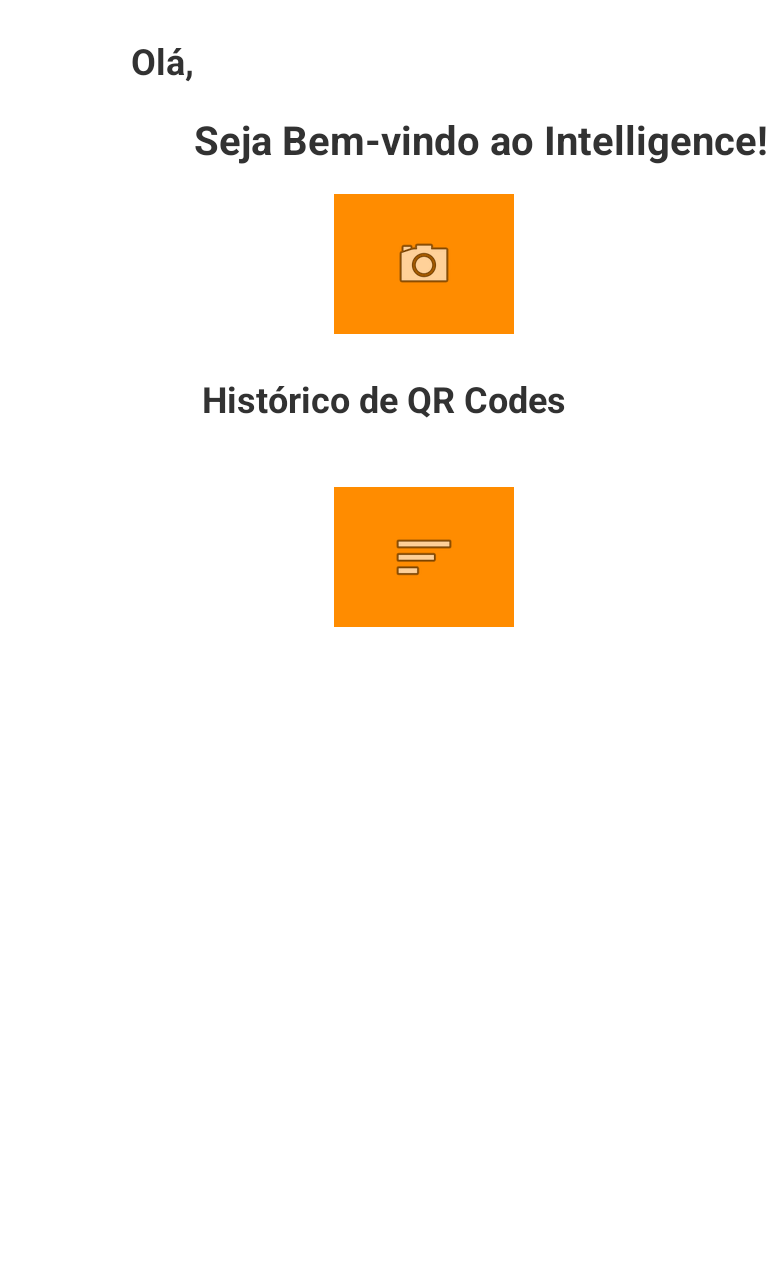
Repository: jhonpatrick/Projeto-QrCode-TDA-Informatica-
Layout: inteligence/res/layout/activity_intelligence.xml
An editor plug-in stored every save of this project. The layout is shown before and after the next save, followed by the edit.
It is drawn on a 768 x 1280 px phone screen (xhdpi) without system bars, with theme AppTheme; the app's code is not run.

Above is the layout before, as saved 2016-03-03 13:21:06.

### inteligence/res/layout/activity_intelligence.xml
<RelativeLayout xmlns:android="http://schemas.android.com/apk/res/android"
    android:id="@+id/scr_view1"
    android:layout_width="match_parent"
    android:layout_height="match_parent"
 >

    <TextView
        android:id="@+id/textView3"
        android:layout_width="wrap_content"
        android:layout_height="wrap_content"
        android:layout_centerHorizontal="true"
        android:layout_centerVertical="true"
        android:layout_below="@+id/imgb_digitalizar"
        android:layout_marginTop="20dp"
        android:text="@string/historico"
        android:textSize="18sp"
        android:textStyle="bold" />

    <TextView
        android:id="@+id/textView1"
        android:layout_width="wrap_content"
        android:layout_height="wrap_content"
        android:layout_alignParentRight="true"
        android:layout_alignParentTop="true"
        android:layout_marginTop="56dp"
        android:text="@string/bem_vindo"
        android:textSize="20sp"
        android:textStyle="bold" />

    <TextView
        android:id="@+id/textView2"
        android:layout_width="wrap_content"
        android:layout_height="wrap_content"
        android:layout_alignParentTop="true"
        android:layout_marginTop="18dp"
        android:layout_toLeftOf="@+id/textView1"
        android:text="@string/ola_usuario"
        android:textSize="18sp"
        android:textStyle="bold" />

    <ImageButton
        android:id="@+id/imgb_digitalizar"
        android:layout_width="90sp"
        android:layout_height="70sp"
        android:layout_alignRight="@+id/textView3"
        android:layout_below="@+id/textView1"
        android:layout_marginRight="26dp"
        android:layout_marginTop="14dp"
        android:background="#FF8C00"
        android:contentDescription="@string/app_name"
        android:onClick="digitalizar"
        android:src="@android:drawable/ic_menu_camera" />

    <ImageButton
        android:id="@+id/imgb_historico"
        android:layout_width="90sp"
        android:layout_height="70sp"
        android:layout_alignLeft="@+id/imgb_digitalizar"
        android:layout_below="@+id/textView3"
        android:layout_marginTop="32dp"
        android:background="#FF8C00"
        android:contentDescription="@string/app_name"
        android:onClick="historicoQr"
        android:src="@android:drawable/ic_menu_sort_by_size" />

</RelativeLayout>

### inteligence/res/values/styles.xml
<?xml version="1.0" encoding="UTF-8"?>
<!--
 Copyright (C) 2012 ZXing authors

 Licensed under the Apache License, Version 2.0 (the "License");
 you may not use this file except in compliance with the License.
 You may obtain a copy of the License at

      http://www.apache.org/licenses/LICENSE-2.0

 Unless required by applicable law or agreed to in writing, software
 distributed under the License is distributed on an "AS IS" BASIS,
 WITHOUT WARRANTIES OR CONDITIONS OF ANY KIND, either express or implied.
 See the License for the specific language governing permissions and
 limitations under the License.
 -->
<resources>

  <style name="ResultButton" parent="@android:style/Widget.Holo.Button.Borderless.Small">
    <item name="android:layout_width">0dip</item>
    <item name="android:layout_height">wrap_content</item>
    <item name="android:layout_weight">1</item>
  </style>
  <style name="ShareButton" parent="@android:style/Widget.Holo.Button.Borderless.Small">
    <item name="android:layout_width">wrap_content</item>
    <item name="android:layout_height">wrap_content</item>
  </style>

  <style name="AppBaseTheme" parent="android:Theme.Light">
        <!--
            Theme customizations available in newer API levels can go in
            res/values-vXX/styles.xml, while customizations related to
            backward-compatibility can go here.
        -->
    </style>

    <!-- Application theme. -->
    <style name="AppTheme" parent="AppBaseTheme">
        <!-- All customizations that are NOT specific to a particular API-level can go here. -->
    </style>




</resources>

### inteligence/res/values/strings.xml
<?xml version="1.0" encoding="UTF-8"?>
<!--
 Copyright (C) 2010 ZXing authors

 Licensed under the Apache License, Version 2.0 (the "License");
 you may not use this file except in compliance with the License.
 You may obtain a copy of the License at

      http://www.apache.org/licenses/LICENSE-2.0

 Unless required by applicable law or agreed to in writing, software
 distributed under the License is distributed on an "AS IS" BASIS,
 WITHOUT WARRANTIES OR CONDITIONS OF ANY KIND, either express or implied.
 See the License for the specific language governing permissions and
 limitations under the License.



-->
<resources>

    <!-- minhas String's -->


    <!-- tela de login -->
    <string name="bem_vindo">Seja Bem-vindo ao Intelligence!</string>
    <string name="info">Faça seu login aqui</string>
    <string name="login">Login: </string>
    <string name="dica_login">Digite seu email</string>
    <string name="senha">Senha: </string>
    <string name="inteligence">img_intelligence</string>
    <string name="dica_senha">Senha</string>
    <string name="logar">Logar</string>
    <string name="limpar">Limpar</string>
    <string name="sair">Sair</string>
    <string name="Mostrar_senha">Mostrar senha</string>
    <string name="manter_conectado">Manter-me conectado</string>

    <!-- tela de scanner -->
    <string name="app_name">Intelligence</string>
    <string name="hello_world">Hello world!</string>
    <string name="action_settings">Settings</string>
    <string name="tda_qrcode">Intelligence</string>
    <string name="ola_usuario">Olá, </string>
    <string name="historico">Histórico de QR Codes</string>
    <string name="title_activity_historico">Histórico</string>
    <string name="leitura">Leitura: </string>
    <string name="voltar">Voltar</string>
    <string name="historico_vazio">Lista de histórico está vazia!</string>
    <string name="compartilhar">Compartilhar</string>
    <string name="preferencias">Preferências</string>
    <string name="ajuda">Ajuda</string>
    <string name="enviar">Enviar Todos</string>
    <string name="apagar">Apagar</string>
    <string name="nao_implementado">Função não implementada.</string>

    <!-- string name="app_name">Barcode Scanner</string -->
    <string name="app_picker_name">Applications</string>
    <string name="bookmark_picker_name">Bookmarks</string>
    <string name="button_add_calendar">Add to calendar</string>
    <string name="button_add_contact">Add contact</string>
    <string name="button_book_search">Book Search</string>
    <string name="button_cancel">Cancel</string>
    <string name="button_custom_product_search">Custom search</string>
    <string name="button_dial">Dial number</string>
    <string name="button_email">Send email</string>
    <string name="button_get_directions">Get directions</string>
    <string name="button_mms">Send MMS</string>
    <string name="button_ok">OK</string>
    <string name="button_open_browser">Open browser</string>
    <string name="button_product_search">Product search</string>
    <string name="button_search_book_contents">Search contents</string>
    <string name="button_share_app">Application</string>
    <string name="button_share_bookmark">Bookmark</string>
    <string name="button_share_by_email">Share via email</string>
    <string name="button_share_by_sms">Share via SMS</string>
    <string name="button_share_clipboard">Clipboard</string>
    <string name="button_share_contact">Contact</string>
    <string name="button_show_map">Show map</string>
    <string name="button_sms">Send SMS</string>
    <string name="button_web_search">Web search</string>
    <string name="button_wifi">Connect to Network</string>
    <string name="contents_contact">Contact info</string>
    <string name="contents_email">Email address</string>
    <string name="contents_location">Geographic coordinates</string>
    <string name="contents_phone">Phone number</string>
    <string name="contents_sms">SMS address</string>
    <string name="contents_text">Plain text</string>
    <string name="history_clear_text">Clear history</string>
    <string name="history_clear_one_history_text">Clear</string>
    <string name="history_enviar_um">Enviar</string>
    <string name="history_email_title">Barcode Scanner history</string>
    <string name="history_empty">The history is empty.</string>
    <string name="history_empty_detail">Nenhum QrCode foi registrado.</string>
    <string name="history_send">Send history</string>
    <string name="history_title">History</string>
    <string name="menu_encode_mecard">Use MECARD</string>
    <string name="menu_encode_vcard">Use vCard</string>
    <string name="menu_help">Help</string>
    <string name="menu_history">History</string>
    <string name="menu_settings">Settings</string>
    <string name="menu_share">Share</string>
    <string name="msg_bulk_mode_scanned">Bulk mode: barcode scanned and saved</string>
    <string name="msg_camera_framework_bug">Sorry, the Android camera encountered a problem. You may need to restart the device.</string>
    <string name="msg_default_format">Format</string>
    <string name="msg_default_meta">Metadata</string>
    <string name="msg_default_mms_subject">Hi</string>
    <string name="msg_default_status">Place a barcode inside the viewfinder rectangle to scan it.</string>
    <string name="msg_default_time">Time</string>
    <string name="msg_default_type">Type</string>
    <string name="msg_encode_contents_failed">Could not encode a barcode from the data provided.</string>
    <string name="msg_google_books">Google</string>
    <string name="msg_google_product">Google</string>
    <string name="msg_intent_failed">Sorry, the requested application could not be launched. The barcode contents may be invalid.</string>
    <string name="msg_redirect">Redirect</string>
    <string name="msg_sbc_book_not_searchable">Sorry, this book is not searchable.</string>
    <string name="msg_sbc_failed">Sorry, the search encountered a problem.</string>
    <string name="msg_sbc_no_page_returned">No page returned</string>
    <string name="msg_sbc_page">Page</string>
    <string name="msg_sbc_results">Results</string>
    <string name="msg_sbc_searching_book">Searching book\u2026</string>
    <string name="msg_sbc_snippet_unavailable">Snippet not available</string>
    <string name="msg_share_explanation">You can share data by displaying a barcode on your screen and scanning it with another phone.</string>
    <string name="msg_share_text">Or type some text and press Enter</string>
    <string name="msg_sure">Are you sure?</string>
    <string name="msg_confirmar_envio">Enviar todos?</string>
    <string name="msg_unmount_usb">Sorry, the SD card is not accessible.</string>
    <string name="preferences_actions_title">When a barcode is found\u2026</string>
    <string name="preferences_auto_focus_title">Use auto focus</string>
    <string name="preferences_bulk_mode_summary">Scan and save many barcodes continuously</string>
    <string name="preferences_bulk_mode_title">Bulk scan mode</string>
    <string name="preferences_copy_to_clipboard_title">Copy to clipboard</string>
    <string name="preferences_custom_product_search_summary" formatted="false">Substitutions: %s = contents, %f = format, %t = type</string>
    <string name="preferences_custom_product_search_title">Custom search URL</string>
    <string name="preferences_decode_1D_title">1D barcodes</string>
    <string name="preferences_decode_Data_Matrix_title">Data Matrix</string>
    <string name="preferences_decode_QR_title">QR Codes</string>
    <string name="preferences_device_bug_workarounds_title">Device Bug Workarounds</string>
    <string name="preferences_disable_continuous_focus_summary">Use only standard focus mode</string>
    <string name="preferences_disable_continuous_focus_title">No continuous focus</string>
    <string name="preferences_disable_exposure_title">No exposure</string>
    <string name="preferences_front_light_summary">Improves scanning in low light on some phones, but may cause glare. Does not work on all phones.</string>
    <string name="preferences_front_light_title">Use front light</string>
    <string name="preferences_front_light_auto">Automatic</string>
    <string name="preferences_front_light_off">Off</string>
    <string name="preferences_front_light_on">On</string>
    <string name="preferences_general_title">General settings</string>
    <string name="preferences_invert_scan_title">Invert scan</string>
    <string name="preferences_invert_scan_summary">Scan for white barcodes on black background. Not available on some devices.</string>
    <string name="preferences_name">Settings</string>
    <string name="preferences_play_beep_title">Beep</string>
    <string name="preferences_remember_duplicates_summary">Store multiple scans of the same barcode in History</string>
    <string name="preferences_remember_duplicates_title">Remember duplicates</string>
    <string name="preferences_result_title">Result settings</string>
    <string name="preferences_scanning_title">When scanning for barcodes, decode\u2026</string>
    <string name="preferences_search_country">Search country</string>
    <string name="preferences_try_bsplus">Try Barcode Scanner+</string>
    <string name="preferences_try_bsplus_summary">Enhanced with new features and interface</string>
    <string name="preferences_supplemental_summary">Try to retrieve more information about the barcode contents</string>
    <string name="preferences_supplemental_title">Retrieve more info</string>
    <string name="preferences_vibrate_title">Vibrate</string>
    <string name="result_address_book">Found contact info</string>
    <string name="result_calendar">Found calendar event</string>
    <string name="result_email_address">Found email address</string>
    <string name="result_geo">Found geographic coordinates</string>
    <string name="result_isbn">Found book</string>
    <string name="result_product">Found product</string>
    <string name="result_sms">Found SMS address</string>
    <string name="result_tel">Found phone number</string>
    <string name="result_text">Found plain text</string>
    <string name="result_uri">Found URL</string>
    <string name="result_wifi">Found WLAN Configuration</string>
    <string name="sbc_name">Google Book Search</string>
    <string name="wifi_changing_network">Requesting connection to network\u2026</string>
    <string name="wifi_ssid_label">Network Name</string>
    <string name="wifi_type_label">Type</string>
    <string name="title_activity_teste">Teste IMEI</string>
    <string name="title_activity_activity_login">Login</string>
    <string name="title_activity_tela_de_atividades">TelaDeAtividades</string>

</resources>

Loaded but not shown: inteligence/res/values-v11/styles.xml (common file); inteligence/res/values-v14/styles.xml (common file)

After the next save:
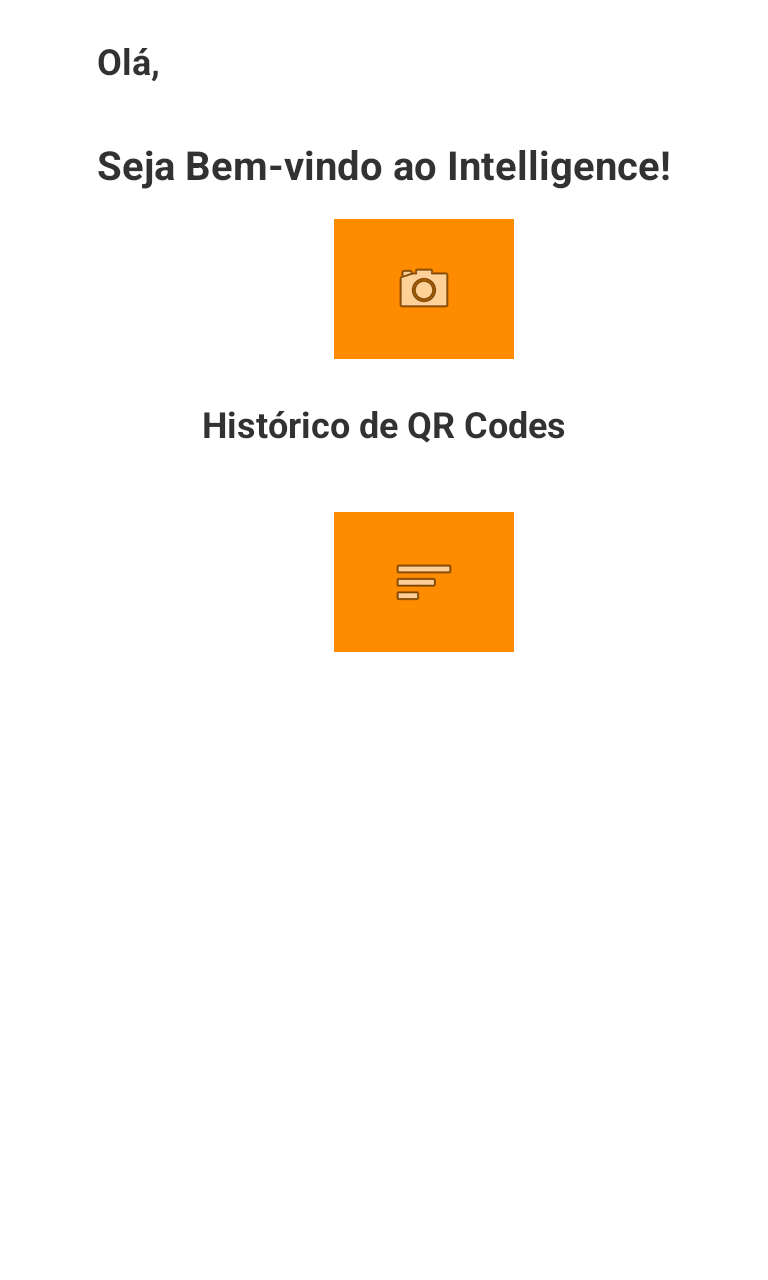
Saved 32 s later.
--- a/inteligence/res/layout/activity_intelligence.xml
+++ b/inteligence/res/layout/activity_intelligence.xml
@@ -13,28 +13,6 @@
         android:layout_below="@+id/imgb_digitalizar"
         android:layout_marginTop="20dp"
         android:text="@string/historico"
-        android:textSize="18sp"
-        android:textStyle="bold" />
-
-    <TextView
-        android:id="@+id/textView1"
-        android:layout_width="wrap_content"
-        android:layout_height="wrap_content"
-        android:layout_alignParentRight="true"
-        android:layout_alignParentTop="true"
-        android:layout_marginTop="56dp"
-        android:text="@string/bem_vindo"
-        android:textSize="20sp"
-        android:textStyle="bold" />
-
-    <TextView
-        android:id="@+id/textView2"
-        android:layout_width="wrap_content"
-        android:layout_height="wrap_content"
-        android:layout_alignParentTop="true"
-        android:layout_marginTop="18dp"
-        android:layout_toLeftOf="@+id/textView1"
-        android:text="@string/ola_usuario"
         android:textSize="18sp"
         android:textStyle="bold" />
 
@@ -63,4 +41,26 @@
         android:onClick="historicoQr"
         android:src="@android:drawable/ic_menu_sort_by_size" />
 
+    <TextView
+        android:id="@+id/textView1"
+        android:layout_width="wrap_content"
+        android:layout_height="wrap_content"
+        android:layout_below="@+id/textView2"
+        android:layout_centerHorizontal="true"
+        android:layout_marginTop="26dp"
+        android:text="@string/bem_vindo"
+        android:textSize="20sp"
+        android:textStyle="bold" />
+
+    <TextView
+        android:id="@+id/textView2"
+        android:layout_width="wrap_content"
+        android:layout_height="wrap_content"
+        android:layout_alignLeft="@+id/textView1"
+        android:layout_alignParentTop="true"
+        android:layout_marginTop="18dp"
+        android:text="@string/ola_usuario"
+        android:textSize="18sp"
+        android:textStyle="bold" />
+
 </RelativeLayout>
